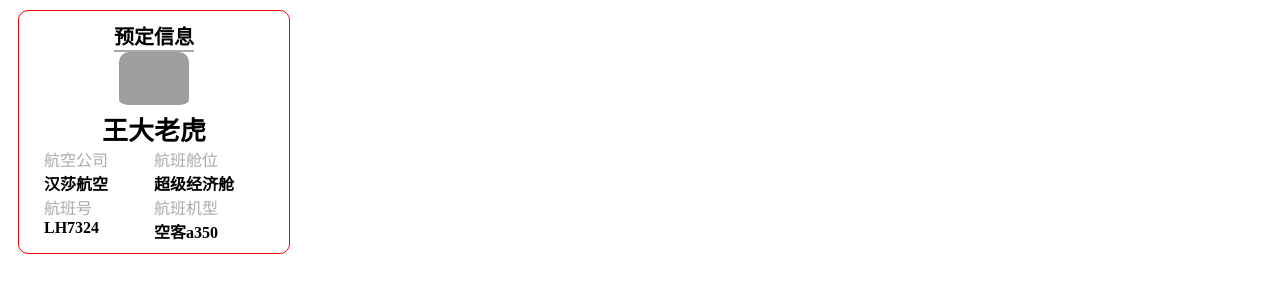
Repository: xzm1997/react-learning
Page: /
The author's editor kept a copy of each file at every save. The page is drawn from the files as they stood at one save, then again after the next save.
The browser window is 1280 px wide. The pictures show the whole page.
Pictures or frames that could not be fetched are drawn as grey boxes. The project was rebuilt for these pictures with package versions that can differ from the ones it lists, and the page was loaded fresh each time.

Above is the page before, as saved 2023-01-31 11:01:54.

After the next save:
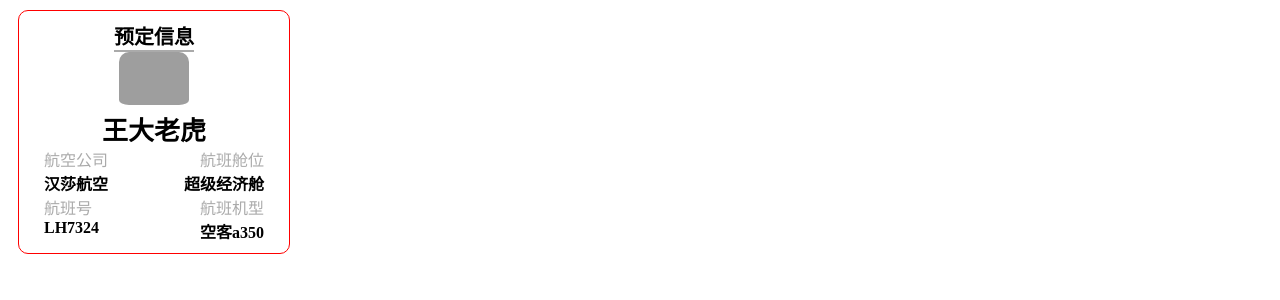
Saved 11 s later.
--- a/src/index.js
+++ b/src/index.js
@@ -30,13 +30,13 @@ export function BookInfo(props) {
       <div className='totalTitle'>预定信息</div>
       <UserInfo userName={props.userName} />
       <div className='infoDisplay'>
-        <div className='infoItem'>
-          <InfoShow title='航空公司' className='leftSide' content={props.ticketInfo.airline}/>
-          <InfoShow title='航班号' className='rightSide' content={props.ticketInfo.flightNum}/>
+        <div className='infoItem leftSide'>
+          <InfoShow title='航空公司' content={props.ticketInfo.airline}/>
+          <InfoShow title='航班号' content={props.ticketInfo.flightNum}/>
         </div>
-        <div className='infoItem'>
-          <InfoShow title='航班舱位' className='leftSide' content={props.ticketInfo.level}/>
-          <InfoShow title='航班机型' className='rightSide' content={props.ticketInfo.plane}/>
+        <div className='infoItem rightSide'>
+          <InfoShow title='航班舱位' content={props.ticketInfo.level}/>
+          <InfoShow title='航班机型' content={props.ticketInfo.plane}/>
         </div>
       </div>
     </div>
